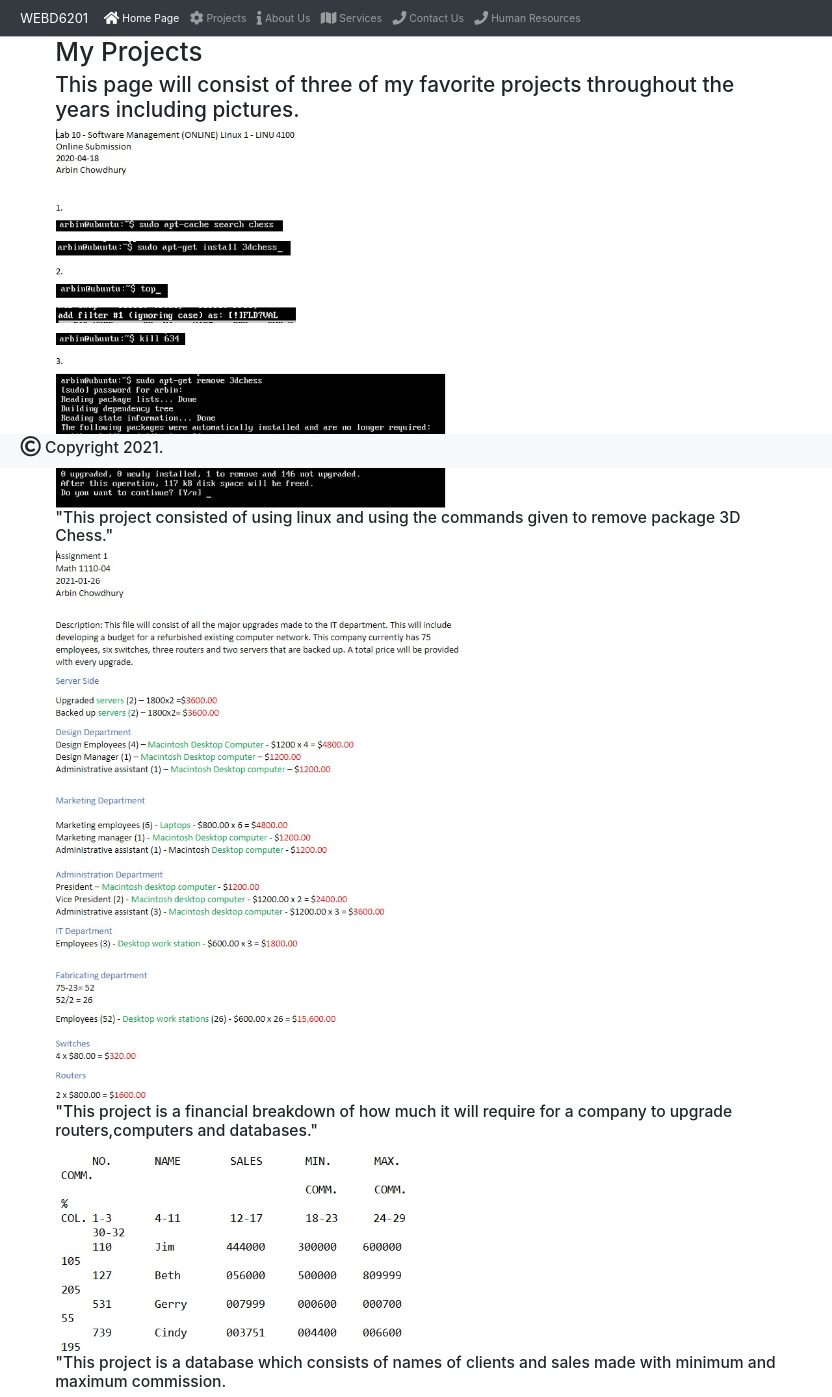
Repository: arbin6ix/ICE-2
Page: projects.html
These files come from the project's save history. The page is drawn as it stood at one moment and after the next save; the edit follows.
The browser window is 1280 px wide. The pictures show the whole page, at 65% of full size.

Above is the page before, as saved 2021-02-05 22:33:09.

After the next save:
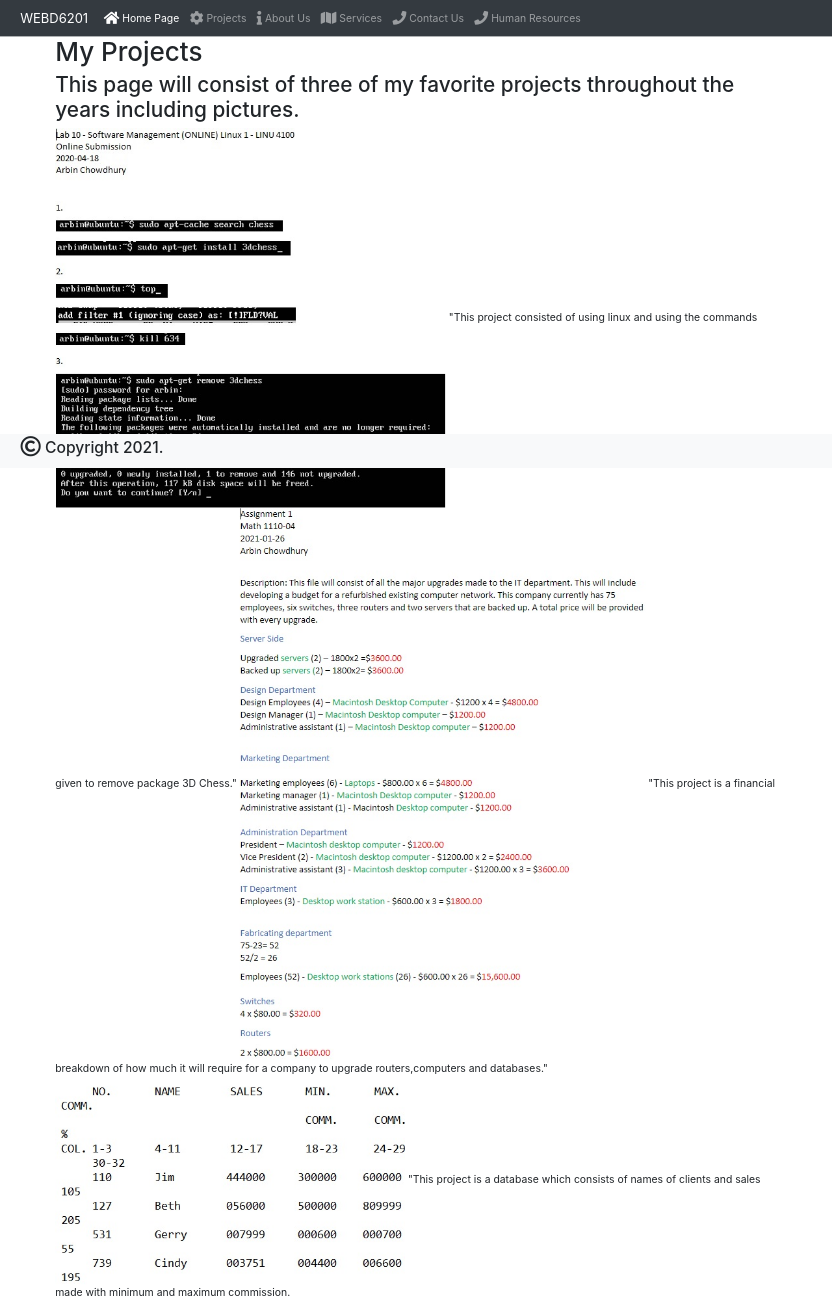
Saved 24 s later.
--- a/projects.html
+++ b/projects.html
@@ -55,11 +55,11 @@
         <h1>My Projects</h1>
         <h2>This page will consist of three of my favorite projects throughout the years including pictures.</h2>
         <img src="images/project1.jpg">
-        <h4>"This project consisted of using linux and using the commands given to remove package 3D Chess."</h3>
+        <h7>"This project consisted of using linux and using the commands given to remove package 3D Chess."</h3>
         <img src="images/Project2.jpg">
-        <h4>"This project is a financial breakdown of how much it will require for a company to upgrade routers,computers and databases."</h3>
+        <h7>"This project is a financial breakdown of how much it will require for a company to upgrade routers,computers and databases."</h3>
         <img src="images/Project3.jpg">
-        <h4>"This project is a database which consists of names of clients and sales made with minimum and maximum commission.</h3>
+        <h7>"This project is a database which consists of names of clients and sales made with minimum and maximum commission.</h3>
     </main>
 
 
